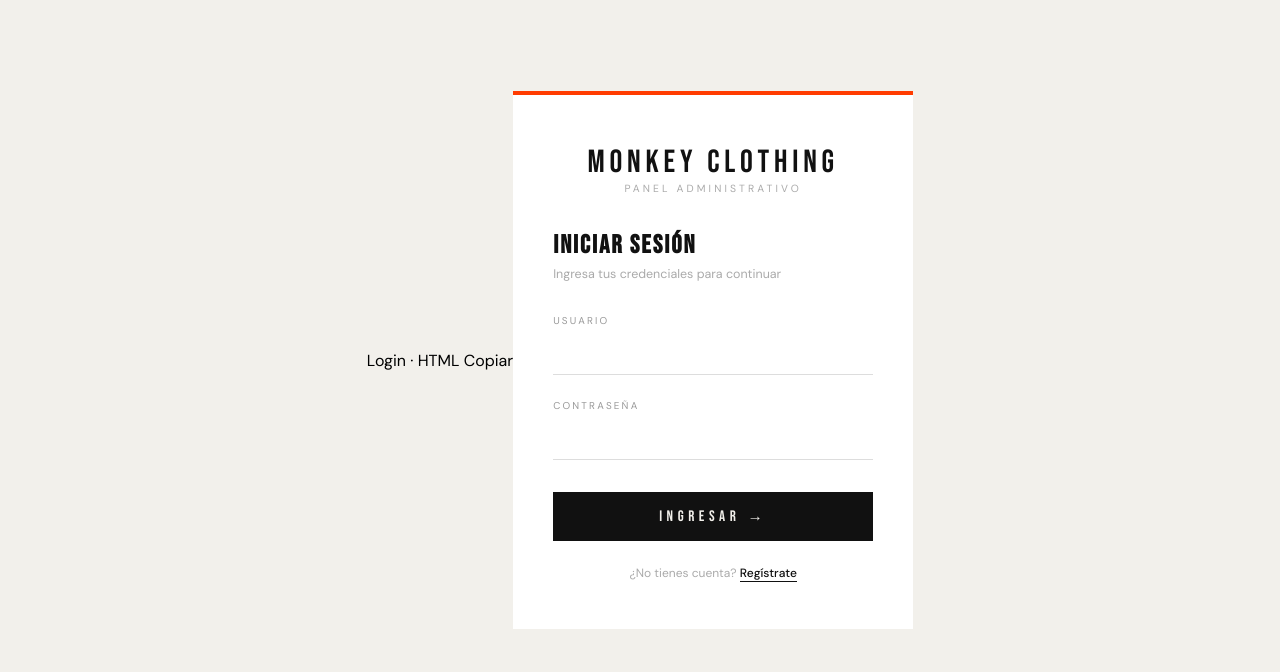
Repository: ZjhonzGz/MonkeyClothing
Page: http://localhost/login
An editor plug-in stored every save of this project. The page is shown before and after the next save, followed by the edit.
The browser window is 1280 px wide. The pictures show the whole page.
The page is this project's Thymeleaf template; nobody is signed in. The template is opened directly, without the code that normally fills it, so the values that code supplies are empty.

Above is the page before, as saved 2026-02-22 08:14:11.

### Monkey Clothing/monkeyclothing/src/main/resources/templates/login.html

Login · HTML
Copiar

<!DOCTYPE html>
<html xmlns:th="http://www.thymeleaf.org" lang="es">
<head>
    <meta charset="UTF-8"/>
    <meta name="viewport" content="width=device-width, initial-scale=1.0"/>
    <title>Monkey Clothing</title>
    <link href="https://fonts.googleapis.com/css2?family=Bebas+Neue&family=DM+Sans:wght@300;400;500&display=swap" rel="stylesheet"/>
    <style>
        * { box-sizing: border-box; margin: 0; padding: 0; }

        body {
            min-height: 100vh;
            background: #f2f0eb;
            font-family: 'DM Sans', sans-serif;
            display: flex;
            align-items: center;
            justify-content: center;
        }

        .card {
            background: #fff;
            width: 100%;
            max-width: 400px;
            padding: 3rem 2.5rem;
            border-top: 4px solid #ff3b00;
        }

        /* Logo */
        .brand {
            text-align: center;
            margin-bottom: 2.2rem;
        }

        .brand-name {
            font-family: 'Bebas Neue', sans-serif;
            font-size: 2rem;
            letter-spacing: .15em;
            color: #111;
            display: block;
        }

        .brand-sub {
            font-size: .65rem;
            letter-spacing: .3em;
            text-transform: uppercase;
            color: #aaa;
        }

        /* Title */
        .form-title {
            font-family: 'Bebas Neue', sans-serif;
            font-size: 1.6rem;
            letter-spacing: .08em;
            color: #111;
            margin-bottom: .3rem;
        }

        .form-sub {
            font-size: .78rem;
            color: #aaa;
            margin-bottom: 2rem;
        }

        /* Error */
        .alert {
            font-size: .78rem;
            color: #ff3b00;
            background: rgba(255,59,0,.06);
            border-left: 3px solid #ff3b00;
            padding: .65rem 1rem;
            margin-bottom: 1.5rem;
        }

        /* Campos */
        .field { margin-bottom: 1.5rem; }

        .field label {
            display: block;
            font-size: .62rem;
            letter-spacing: .22em;
            text-transform: uppercase;
            color: #999;
            margin-bottom: .5rem;
        }

        .field input {
            width: 100%;
            border: none;
            border-bottom: 1.5px solid #ddd;
            padding: .6rem 0;
            font-family: 'DM Sans', sans-serif;
            font-size: .95rem;
            color: #111;
            background: transparent;
            outline: none;
            transition: border-color .2s;
        }

        .field input:focus { border-color: #111; }

        /* Botón */
        .btn {
            width: 100%;
            background: #111;
            color: #f2f0eb;
            border: none;
            padding: .95rem;
            font-family: 'Bebas Neue', sans-serif;
            font-size: .95rem;
            letter-spacing: .3em;
            cursor: pointer;
            margin-top: .5rem;
            transition: background .2s;
        }

        .btn:hover { background: #ff3b00; }

        /* Link */
        .footer-link {
            margin-top: 1.5rem;
            text-align: center;
            font-size: .75rem;
            color: #aaa;
        }

        .footer-link a {
            color: #111;
            font-weight: 500;
            text-decoration: none;
            border-bottom: 1px solid #111;
        }

        .footer-link a:hover { color: #ff3b00; border-color: #ff3b00; }
    </style>
</head>
<body>

<div class="card">

    <div class="brand">
        <span class="brand-name">Monkey Clothing</span>
        <span class="brand-sub">Panel Administrativo</span>
    </div>

    <h2 class="form-title">INICIAR SESIÓN</h2>
    <p class="form-sub">Ingresa tus credenciales para continuar</p>

    <div class="alert" th:if="${error}" th:text="${error}"></div>

    <form th:action="@{/login}" method="post">

        <div class="field">
            <label for="usuario">Usuario</label>
            <input type="text" id="usuario" name="usuario" required/>
        </div>

        <div class="field">
            <label for="clave">Contraseña</label>
            <input type="password" id="clave" name="clave" required/>
        </div>

        <button type="submit" class="btn">Ingresar →</button>

    </form>

    <p class="footer-link">
        ¿No tienes cuenta? <a th:href="@{/registro}">Regístrate</a>
    </p>

</div>

</body>
</html>

After the next save:
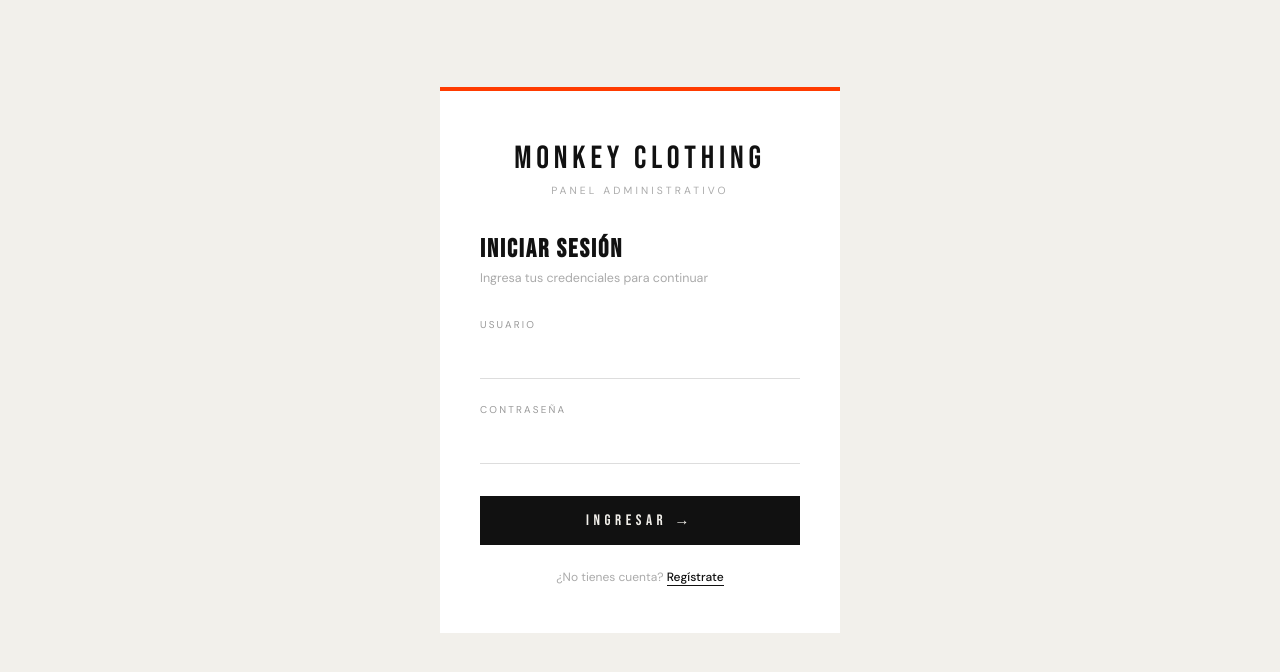
Saved 84 s later.
--- a/Monkey Clothing/monkeyclothing/src/main/resources/templates/login.html
+++ b/Monkey Clothing/monkeyclothing/src/main/resources/templates/login.html
@@ -1,7 +1,3 @@
-
-Login · HTML
-Copiar
-
 <!DOCTYPE html>
 <html xmlns:th="http://www.thymeleaf.org" lang="es">
 <head>
